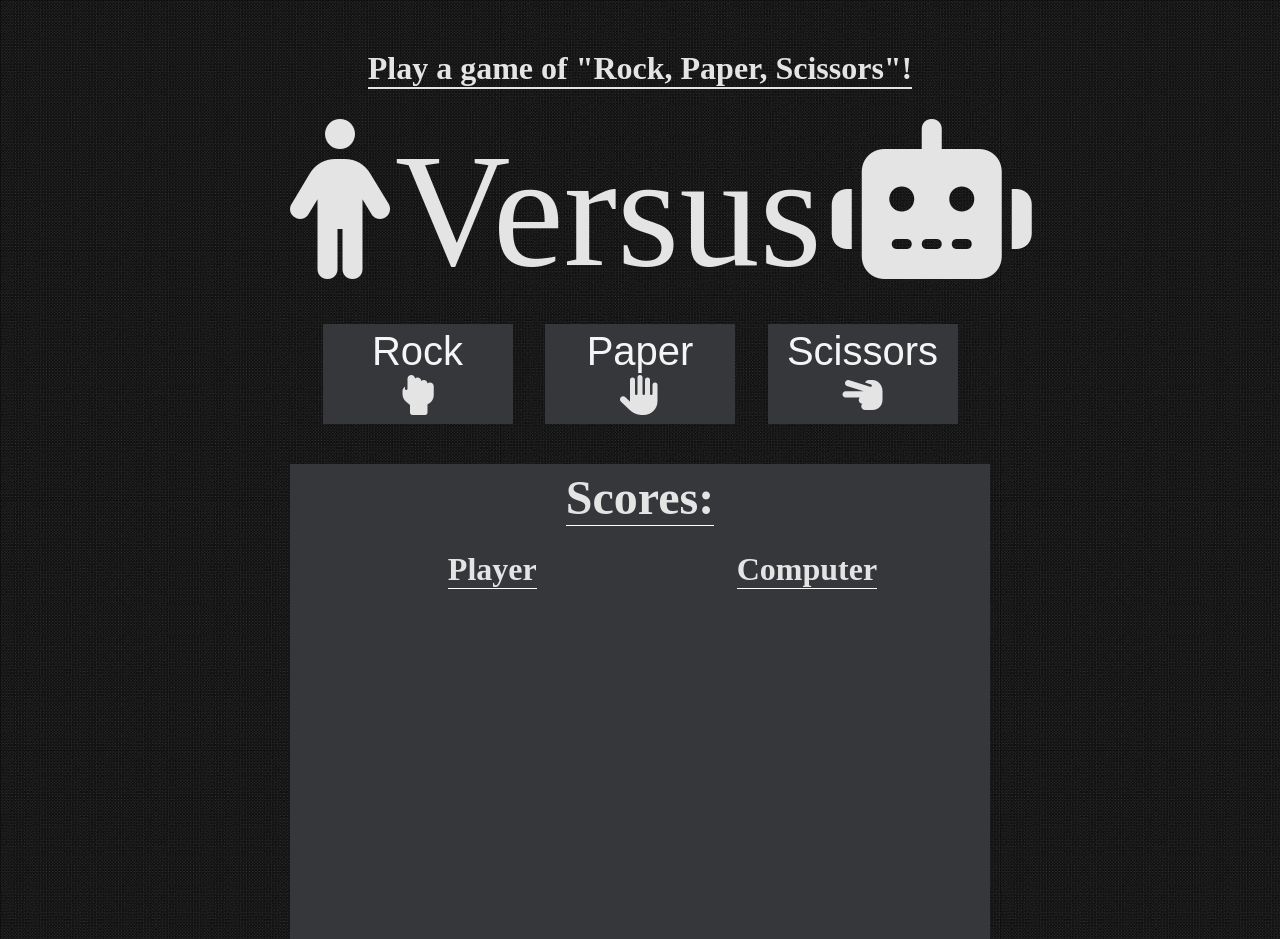
Repository: Pafestivo/rock-paper-scissors
Page: index.html
An editor plug-in stored every save of this project. The page is shown before and after the next save, followed by the edit.
The browser window is 1280 px wide. The pictures show the whole page.
Some web libraries are served in a nearby version.

Above is the page before, as saved 2022-10-14 16:54:52.

### index.html
<!DOCTYPE html>
<html lang="en">
<head>
  <meta charset="UTF-8">
  <meta name="viewport" content="width=device-width, initial-scale=1.0">
  <link rel="stylesheet" href="styles.css">
  <script src="js-file.js" defer></script>
  <script src="https://kit.fontawesome.com/e2364af56b.js" crossorigin="anonymous"></script>
  <title>Rock, Paper, Scissors</title>
</head>
<body>

  <header>
    <h1>Play a game of "Rock, Paper, Scissors"!</h1>
  </header>
  <div id="versus">
    <i class="fa-solid fa-person"></i>
    <p>Versus</p>
    <i class="fa-solid fa-robot"></i>
  </div> <!-- /versus -->

  <div class="buttons">
    <button id="rock">
      Rock
      <i class="fa-solid fa-hand-back-fist"></i>
    </button>
    <button id="paper">
      Paper
      <i class="fa-solid fa-hand"></i>
    </button>
    <button id="scissors">
      Scissors
      <i class="fa-solid fa-hand-scissors"></i>
    </button>
  </div> <!-- /buttons -->


  <div id="results">

    <div class="scores">
      <h1 id="scores-header">Scores:</h1>
    </div> <!-- /scores -->

    <div class="columns">
      <div class="player title">
        <h1>Player</h1>
      </div> <!-- /player-scores -->

      <div class="comp title">
        <h1>Computer</h1>
      </div> <!-- /comp-scores -->
    </div><!-- /columns -->

  </div> <!-- /results -->
</body>
</html>

### styles.css
* {
  margin: 0;
  padding: 0;
  box-sizing: border-box;
}

body {
  font-family: serif;
  background-image: url(images/background.jpg);
  color: rgb(228, 228, 228);
}

header {
  width: max-content;
  margin: 50px auto 30px auto;
  border-bottom: 2px solid rgb(228, 228, 228);
}

#versus {
  display: flex;
  width: 700px;
  font-size: 10rem;
  margin: 0 auto 20px auto;
  justify-content: space-evenly;
  color: rgb(228, 228, 228);
}

.fa-robot {
  margin-left: 10px;
  font-size: 10rem;
}

.fa-person {
  font-size: 10rem;
  margin-right: 5px;
}

.buttons {
  display: flex;
  width: 700px;
  margin: 0 auto;
  justify-content: space-evenly;
}

button {
  width: 190px;
  height: 100px;
  background-color: #35373B;
  border: none;
  font-size: 40px;
  color: whitesmoke;
}

button .fa-solid {
  width: 100%;
  color: rgb(228, 228, 228);
}

button:hover {
  cursor: pointer;
  background-color: #56595f;
}

button:focus {
  background-color: #635656;
}

#results {
  margin: 40px auto 0 auto;
  width: 700px;
  height: 475px;
  padding: 1px;
  background-color: #35373B;
}

#scores-header {
  margin: 5px auto 25px auto;
  font-size: 3em;
  width: max-content;
  border-bottom: 1px solid white;
}

.columns {
  display: flex;
  justify-content: center;
  margin-bottom: 20px;
}

.title {
  width: max-content;
  border-bottom: 1px solid white;
}

.player {
  margin: 0 200px 0 45px;
}

.round-result {
  margin-bottom: 15px;
  text-align: center;
  padding: 0;
}

### js-file.js
//round logic
function playRound(playerSelection, computerSelection) {
  let log = ""

  if (
    (playerSelection === "Rock" && computerSelection === "Paper") ||
    (playerSelection === "Paper" && computerSelection === "Scissors") ||
    (playerSelection === "Scissors" && computerSelection === "Rock")
    ) {
    log = "You lost this round!"
  }
  else if (
    (playerSelection === "Paper" && computerSelection === "Rock") ||
    (playerSelection === "Rock" && computerSelection === "Scissors") ||
    (playerSelection === "Scissors" && computerSelection === "Paper")
  ) {
    log = "You won this round!"
  }
  else if (
    (playerSelection === computerSelection)
  ) {
    log = "This round is a draw!"
  }

  return log;
};

//computer selection
function getComputerChoice() {
  const possibleChoices = ["Rock", "Paper", "Scissors"];
  const randomize = Math.floor(Math.random() * possibleChoices.length);
  return(possibleChoices[randomize]);
};


const results = document.querySelector('#results');
const para = document.createElement('p');
para.classList.add('round-result');


//function for each player selection
function rockRound() {
  let computerSelection = getComputerChoice();
  console.log(computerSelection);

  let roundResult = playRound("Rock", computerSelection);

  para.textContent = roundResult;
  results.appendChild(para);
  return roundResult;
};


function paperRound() {
  let computerSelection = getComputerChoice();
  console.log(computerSelection);

  para.textContent = playRound("Paper", computerSelection);
  results.appendChild(para);
};

function scissorsRound() {
  let computerSelection = getComputerChoice();
  console.log(computerSelection);

  para.textContent = playRound("Scissors", computerSelection);
  results.appendChild(para);
};
//end of player selection functions


//adding event listeners to each button
const rock = document.querySelector('#rock');
rock.addEventListener("click", rockRound);

const paper = document.querySelector('#paper');
paper.addEventListener("click", paperRound);

const scissors = document.querySelector('#scissors');
scissors.addEventListener("click", scissorsRound);


function game() {

  console.log(rockRound);
}
game();

After the next save:
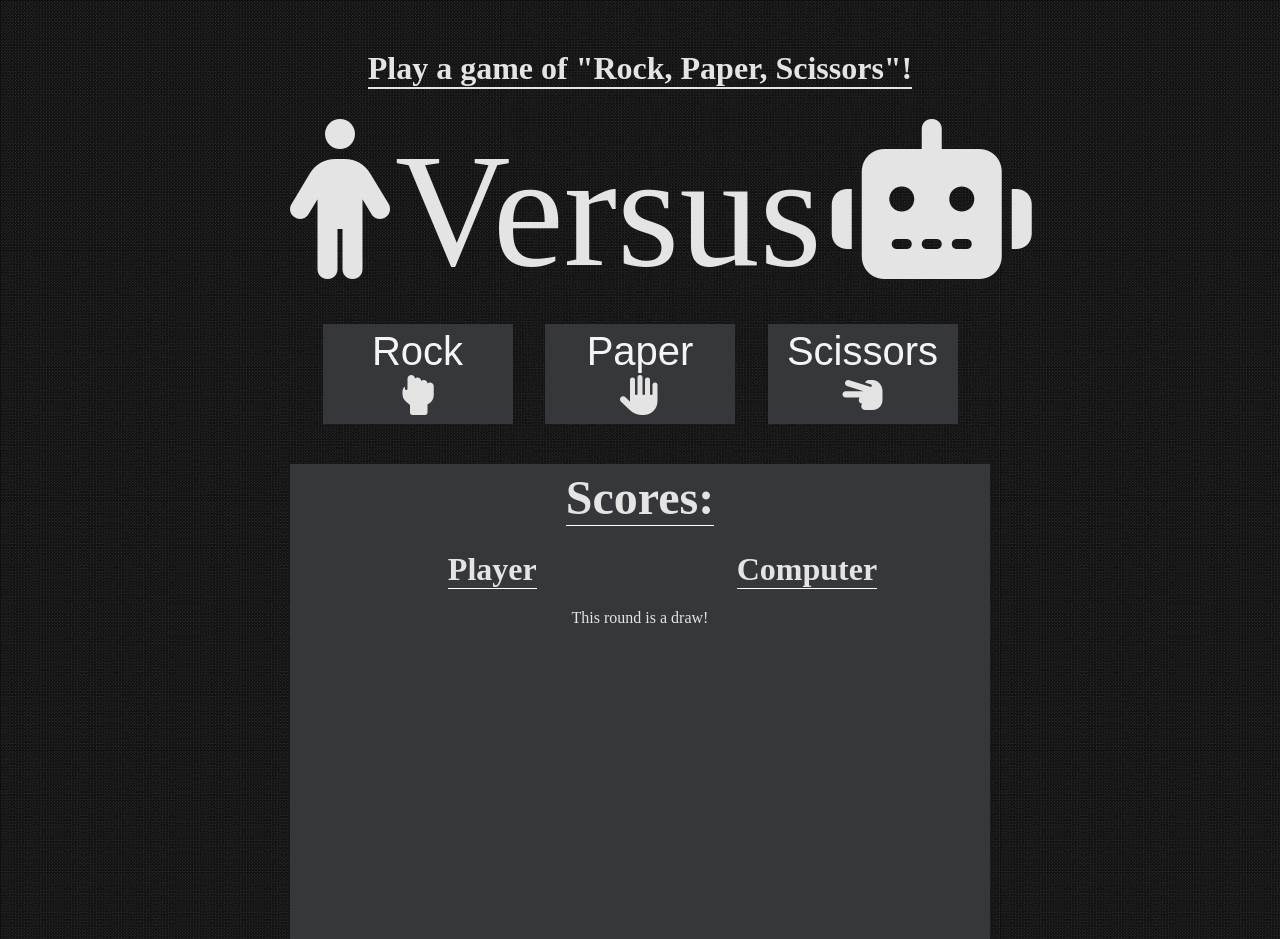
Saved 12 s later.
--- a/js-file.js
+++ b/js-file.js
@@ -82,6 +82,6 @@
 
 function game() {
 
-  console.log(rockRound);
+  console.log(rockRound());
 }
 game();

After the save that followed:
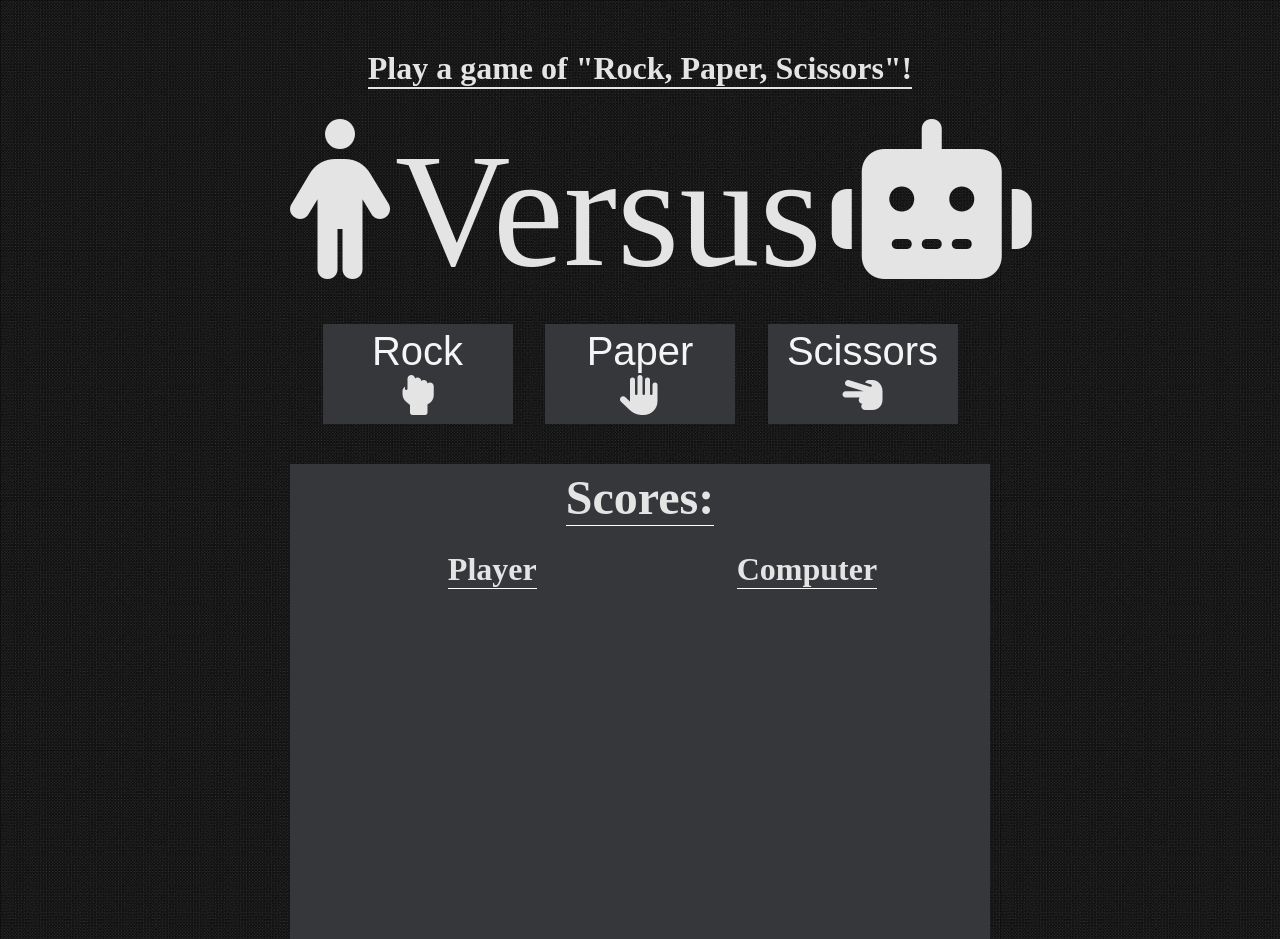
Saved 15 s later.
--- a/js-file.js
+++ b/js-file.js
@@ -78,10 +78,3 @@
 
 const scissors = document.querySelector('#scissors');
 scissors.addEventListener("click", scissorsRound);
-
-
-function game() {
-
-  console.log(rockRound());
-}
-game();
